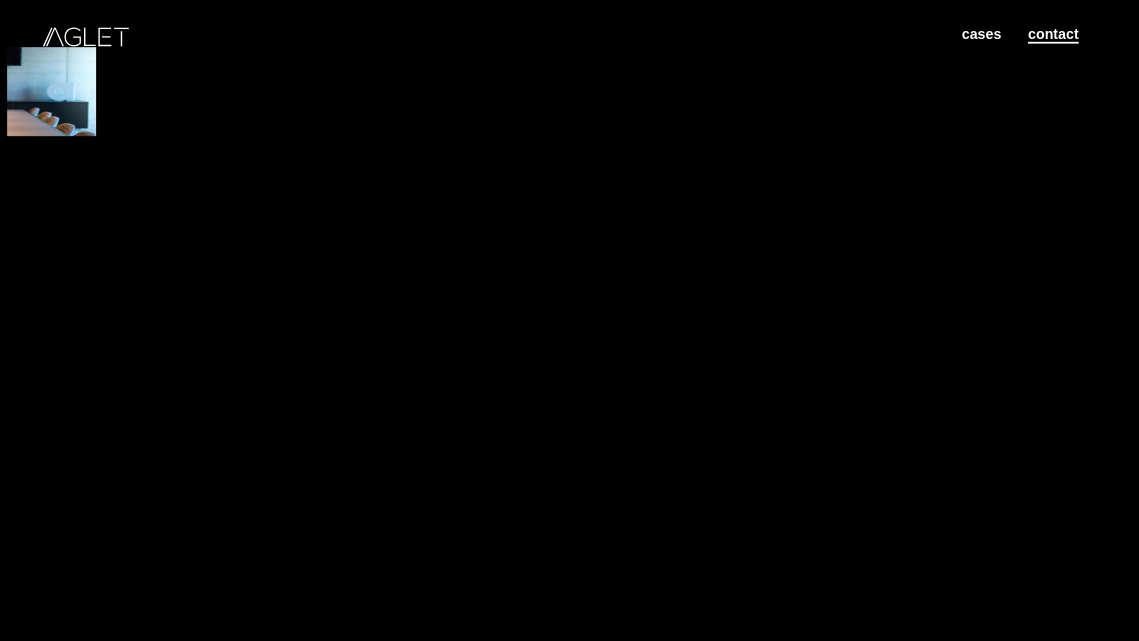
Repository: SamoraMabuya/Aglet
Page: contact.html
These files come from the project's save history. The page is drawn as it stood at one moment and after the next save; the edit follows.
The browser window is 1280 px wide. The pictures show the whole page, at 89% of full size.
The style sheet was rebuilt from its Sass, Less or Tailwind sources for each picture, by a compiler version that may differ from the author's.

Above is the page before, as saved 2020-11-16 15:33:07.

After the next save:
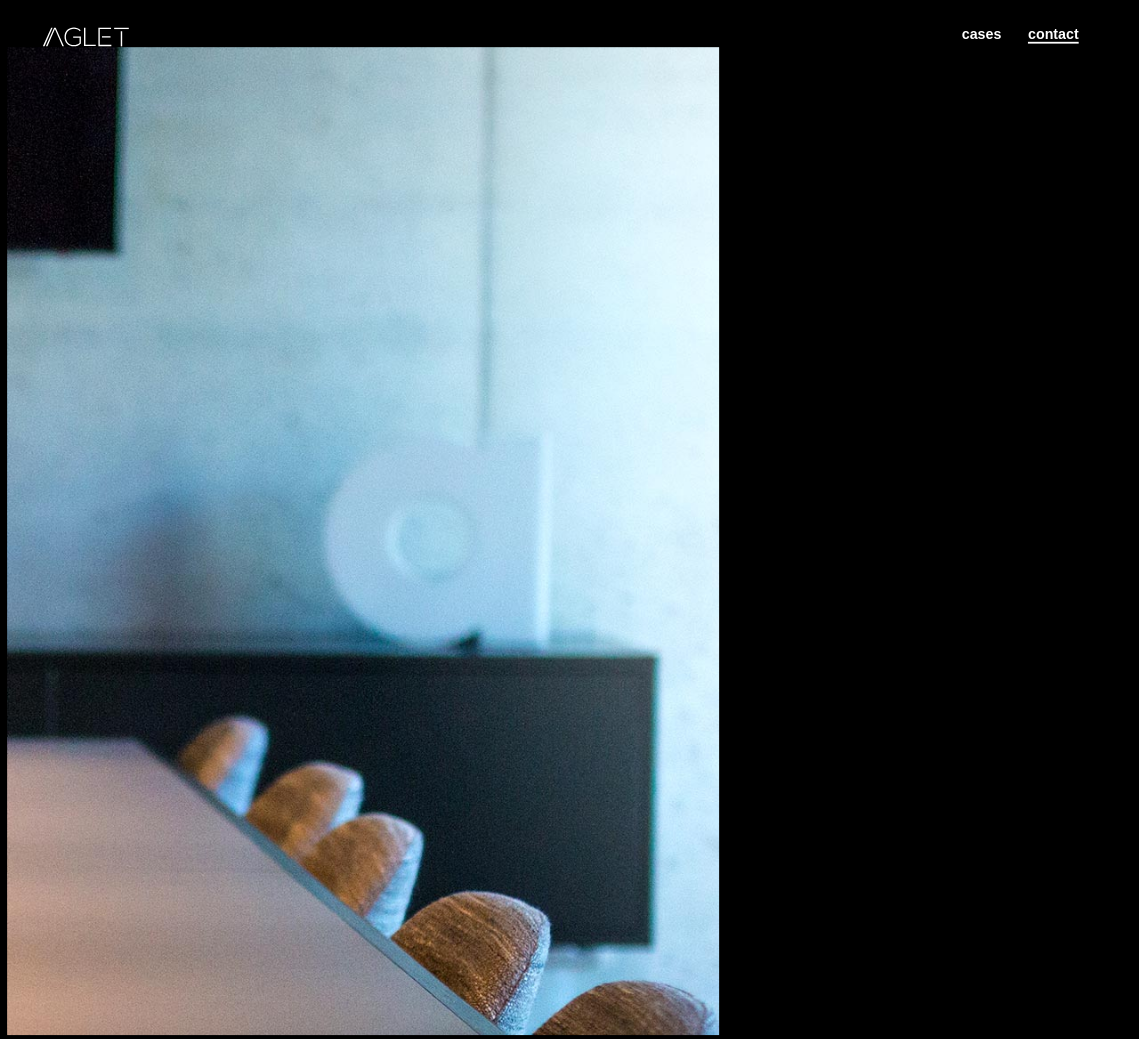
Saved 5 s later.
--- a/style/contactstyle.scss
+++ b/style/contactstyle.scss
@@ -64,6 +64,6 @@
 }
 
 .image img {
-    width: 100px;
-    height: 100px;
+    // width: 100px;
+    // height: 100px;
 }

After the save that followed:
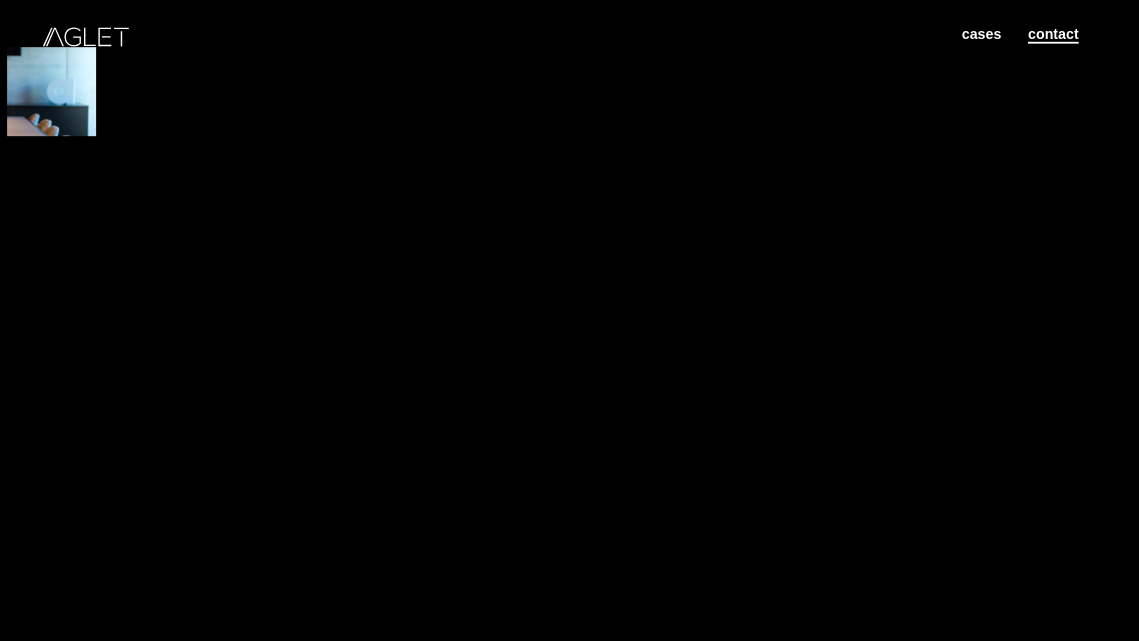
Saved 16 s later.
--- a/style/contactstyle.scss
+++ b/style/contactstyle.scss
@@ -64,6 +64,7 @@
 }
 
 .image img {
-    // width: 100px;
-    // height: 100px;
+    width: 100%;
+    height: 100%;
+    object-fit: cover;
 }
